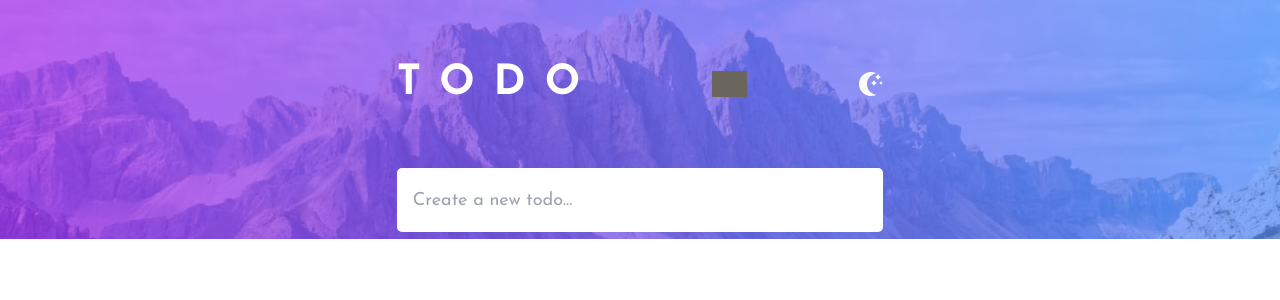
Repository: ikram-lisa/todo-list
Page: /
The author's editor kept a copy of each file at every save. The page is drawn from the files as they stood at one save, then again after the next save.
The browser window is 1280 px wide. The pictures show the whole page.
Pictures or frames that could not be fetched are drawn as grey boxes. The project was rebuilt for these pictures with package versions that can differ from the ones it lists, and the page was loaded fresh each time. Also part of the build but not shown: vite.config.js.

Above is the page before, as saved 2024-05-14 23:04:18.

After the next save:
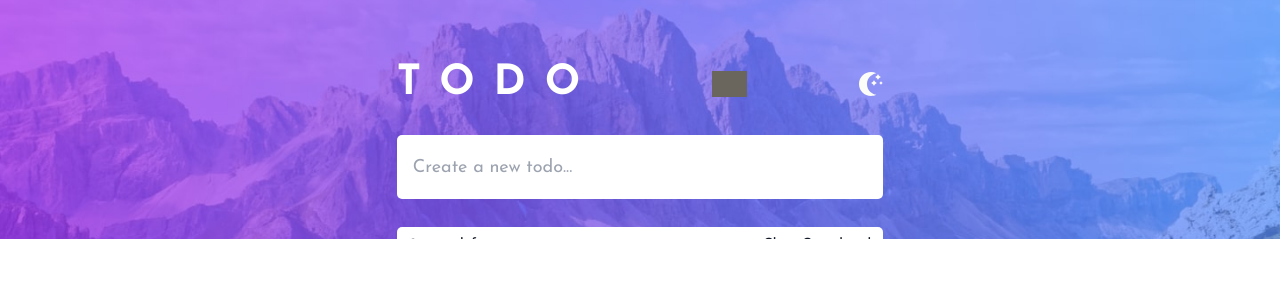
Saved 21 s later.
--- a/src/css/style.scss
+++ b/src/css/style.scss
@@ -37,6 +37,7 @@ body {
 .theme-content {
   width: 38%;
   margin: 53px auto;
+  margin-bottom: 20px !important;
   h1 {
     font-weight: 700;
     color: white;
